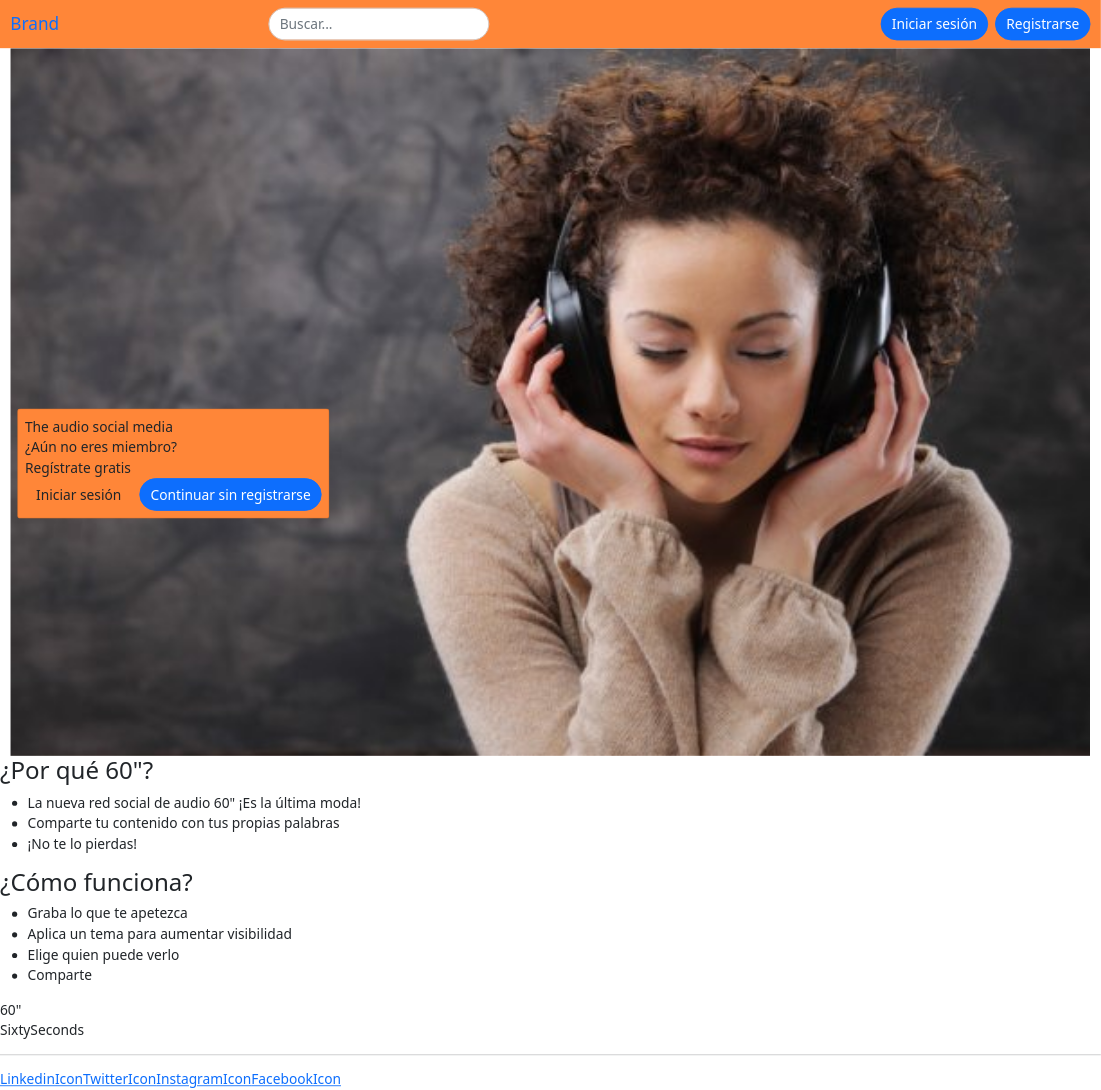
Repository: Zapulin/react-sixtySeconds-front
Page: /
An editor plug-in stored every save of this project. The page is shown before and after the next save, followed by the edit.
The browser window is 1280 px wide. The pictures show the whole page, at 86% of full size.
The project was rebuilt for these pictures with package versions that can differ from the ones it lists, and the page was loaded fresh each time. Also part of the build but not shown: src/Components/Login.js, src/Components/Signup.js, src/Components/Publish.js, src/Components/Activity.js, src/Components/Navbar.js, src/Components/Categories.js, src/Components/IconProfile.js, src/Components/Recorder.js and 10 more. Imported but missing from the stored project, and not drawn on this page: src/Samples/AUDIOMP3.mp3, src/Samples/AUDIOOGG.ogg.

Above is the page before, as saved 2022-04-13 15:02:54.

### src/index.js
import React from 'react';
import ReactDOM from 'react-dom';
import App from './App';
import './index.css';
import 'bootstrap/dist/css/bootstrap.min.css';

ReactDOM.render(
  <React.StrictMode>
    <App />
  </React.StrictMode>,
  document.getElementById('root')
);

### src/App.js
import { BrowserRouter, Routes, Route } from 'react-router-dom';

//Pages
import Home from './Pages/Home';
import Feed from './Pages/Feed';
import User from './Pages/Profile';
import NotFound from './Pages/NotFound';

function App() {
  return (
    <BrowserRouter>
      <Routes>
        <Route path='/' element={<Home/>} />
        <Route path='/feed' element={<Feed/>} />
        <Route path='/profile/:id' element={<User/>} />
        <Route path='*' element={<NotFound/>} />
      </Routes>
    </BrowserRouter>
  );
}

export default App;

### src/Pages/Home.js
import top_image from "../Resources/images/top_image.svg";


//Components
import Footer from '../Components/Footer'
import NavbarHome from '../Components/NavbarHome'

function Home() {

  return (
    <>
    <NavbarHome/>
      <div className="container-fluid">
          <div className="position-relative">
            <img className="img-fluid" src={top_image} alt="" />
            <div className="card rounded m-2 p-2 position-absolute top-50" style={{background:'#FF8638'}}>
                 <span> The audio social media </span>
                 <span> ¿Aún no eres miembro? </span>
                 <span> Regístrate gratis </span>
                <div className="d-flex justify-content-between">
                    <button className="btn rounded-pill"> Iniciar sesión</button>
                    <button className="btn btn-primary ms-2 rounded-pill"> Continuar sin registrarse </button>
                </div>
            </div>
        </div>
      </div>
      <div>
        <div>
            <h3>¿Por qué 60"?</h3>
            <ul>
                <li><span>La nueva red social de audio 60" ¡Es la última moda!</span></li>
                <li><span>Comparte tu contenido con tus propias palabras</span></li>
                <li><span>¡No te lo pierdas!</span></li>
            </ul>
        </div>
        <div>
            <h3>¿Cómo funciona?</h3>
            <ul>
                <li><span>Graba lo que te apetezca</span></li>
                <li><span>Aplica un tema para aumentar visibilidad</span></li>
                <li><span>Elige quien puede verlo</span></li>
                <li><span>Comparte</span></li>
            </ul>
        </div>
      </div>
      <Footer/>
    </>
  );
}

export default Home;

### src/Components/Footer.js

function Footer() {
  return (
  	<footer>
		<div className="circle">
			<span>60"</span><br /><span>SixtySeconds</span><br /><hr />
			<a href="https://www.linkedin.com" target="_blank">LinkedinIcon{ /* TODO: add linkedIn icon */ }</a>
			<a href="https://twitter.com" target="_blank">TwitterIcon{ /* TODO: add twitter icon */ }</a>
			<a href="https://www.instagram.com" target="_blank">InstagramIcon{ /* TODO: add instagram icon */ }</a>
			<a href="https://www.facebook.com" target="_blank">FacebookIcon{ /* TODO: add facebook icon */ }</a>
		</div>
	</footer>
  );
}

export default Footer;

### src/Components/NavbarHome.js
import "../stylesheets/NavbarHome.css";

function NavbarHome() {

	return (

    <>
    <nav className="navbar navbar-expand-lg">
      <div className="container-fluid">
          {/* Logo - por ahora es un link  */}
        <a href="#" className="navbar-brand">
          Brand
        </a>
        <button
          type="button"
          className="navbar-toggler"
          data-bs-toggle="collapse"
          data-bs-target="#navbarCollapse1"
        >
          <i className="fa fa-bars"></i>
        </button>
        <div className="collapse navbar-collapse" id="navbarCollapse1">
          <div className="form my-2 my-lg-0 mx-auto">
            <input
              className="form-control mr-sm-2 rounded-pill"
              type="search"
              placeholder="Buscar..."
              aria-label="Search"
            />
          </div>
          {/* <div class="navbar-nav">
                  <a href="#" class="nav-item nav-link active">Home</a>
                  <a href="#" class="nav-item nav-link">About</a>
                  <a href="#" class="nav-item nav-link">Products</a>
              </div> */}
          {/* Buttons */}
          <div className="d-flex ms-auto gap-2">
            {/* <input type="text" class="form-control me-sm-2" placeholder="Search"/> */}
            <button type="button" className="btn btn-primary rounded-pill">
              Iniciar sesión
            </button>
            <button type="button" className="btn btn-primary rounded-pill">
              Registrarse
            </button>
          </div>
        </div>
      </div>
    </nav>

    <header className="text-white" id="navbar-color">
      <div className="row">
        {/* <ul class="nav col-12 col-lg-auto me-lg-auto mb-2 justify-content-center mb-md-0">

    <form class="col-12 col-lg-auto mb-3 mb-lg-0 me-lg-3">

    </form>
    </ul> */}
        <div className="col-5"></div>
        <div className="col-4"></div>

        <div className="col-3 d-lg-flex gap-2">
          {/* <button type="button" class="btn btn-dark rounded-pill">
                Iniciar sesión
              </button> */}

          {/* <button type="button" class="btn btn-dark rounded-pill">
                Registrarse
              </button> */}
        </div>
      </div>
    </header>
  </>
);
}

export default NavbarHome;

### src/stylesheets/NavbarHome.css
.bd-placeholder-img {
    font-size: 1.125rem;
    text-anchor: middle;
    -webkit-user-select: none;
    -moz-user-select: none;
    user-select: none;
  }

  @media (min-width: 768px) {
    .bd-placeholder-img-lg {
      font-size: 3.5rem;
    }
  }

  nav {
      background-color: #FF8638;
  }

Loaded but not shown: public/index.html (common file); src/index.css (common file)

After the next save:
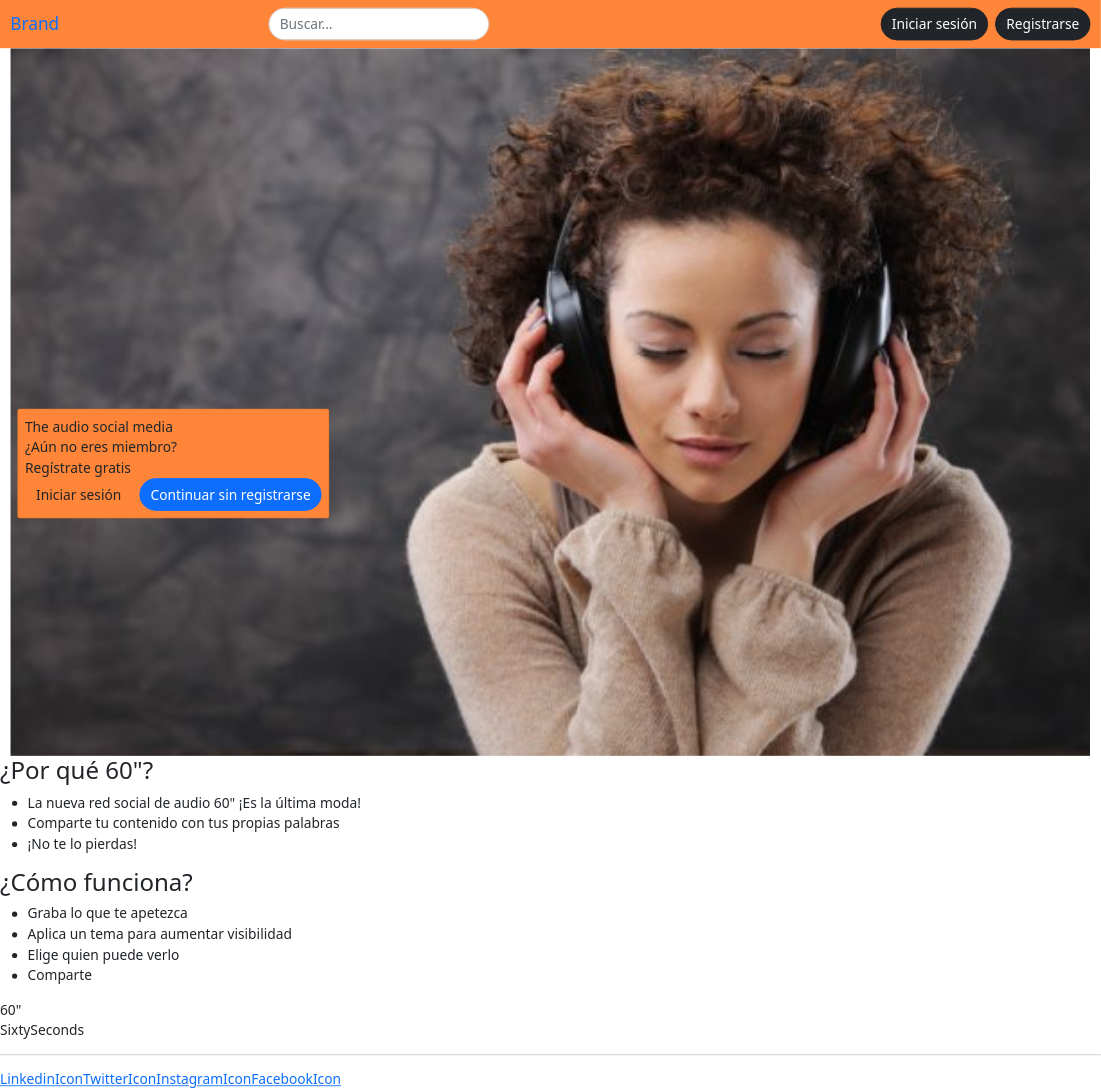
Saved 17 s later.
--- a/src/Components/NavbarHome.js
+++ b/src/Components/NavbarHome.js
@@ -36,10 +36,10 @@ function NavbarHome() {
           {/* Buttons */}
           <div className="d-flex ms-auto gap-2">
             {/* <input type="text" class="form-control me-sm-2" placeholder="Search"/> */}
-            <button type="button" className="btn btn-primary rounded-pill">
+            <button type="button" className="btn btn-dark rounded-pill">
               Iniciar sesión
             </button>
-            <button type="button" className="btn btn-primary rounded-pill">
+            <button type="button" className="btn btn-dark rounded-pill">
               Registrarse
             </button>
           </div>
@@ -47,7 +47,7 @@ function NavbarHome() {
       </div>
     </nav>
 
-    <header className="text-white" id="navbar-color">
+    <header className=" text-white" id="navbar-color">
       <div className="row">
         {/* <ul class="nav col-12 col-lg-auto me-lg-auto mb-2 justify-content-center mb-md-0">
 
